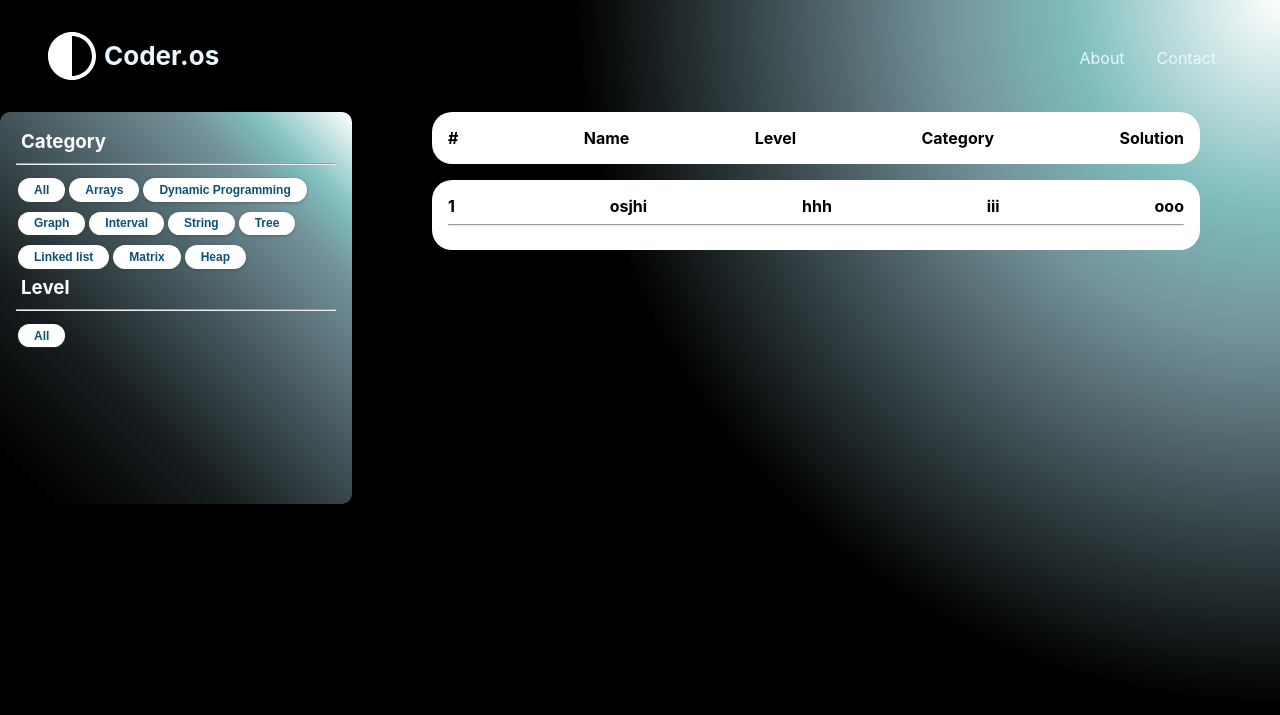
Repository: xoshiraghavx/Coder.os
Page: / (app in my-app/)
The author's editor kept a copy of each file at every save. The page is drawn from the files as they stood at one save, then again after a run of saves.
The browser window is 1280 px wide. The pictures show the whole page.
The project was rebuilt for these pictures with package versions that can differ from the ones it lists, and the page was loaded fresh each time. Also part of the build but not shown: my-app/src/components/Home/Home.jsx.

Above is the page before, as saved 2022-12-17 03:23:49.

### my-app/public/index.html
<!DOCTYPE html>
<html lang="en">
  <head>
    <meta charset="utf-8" />
    <link rel="icon" href="%PUBLIC_URL%/assests/logo.png" />
    <meta name="viewport" content="width=device-width, initial-scale=1" />
    <meta name="theme-color" content="#000000" />
    <meta
      name="description"
      content="Web site created using create-react-app"
    />
    <link rel="apple-touch-icon" href="%PUBLIC_URL%/logo192.png" />
    <!--
      manifest.json provides metadata used when your web app is installed on a
      user's mobile device or desktop. See https://developers.google.com/web/fundamentals/web-app-manifest/
    -->
    <link rel="manifest" href="%PUBLIC_URL%/manifest.json" />
    <!--
      Notice the use of %PUBLIC_URL% in the tags above.
      It will be replaced with the URL of the `public` folder during the build.
      Only files inside the `public` folder can be referenced from the HTML.

      Unlike "/favicon.ico" or "favicon.ico", "%PUBLIC_URL%/favicon.ico" will
      work correctly both with client-side routing and a non-root public URL.
      Learn how to configure a non-root public URL by running `npm run build`.
    -->
    <title>Coder.os</title>
  </head>
  <body>
    <noscript>You need to enable JavaScript to run this app.</noscript>
    <div id="root"></div>
    <!--
      This HTML file is a template.
      If you open it directly in the browser, you will see an empty page.

      You can add webfonts, meta tags, or analytics to this file.
      The build step will place the bundled scripts into the <body> tag.

      To begin the development, run `npm start` or `yarn start`.
      To create a production bundle, use `npm run build` or `yarn build`.
    -->
  </body>
</html>

### my-app/src/index.css
body {
  height: 100%;
  padding: 0;
  margin: 0;
  font-family: -apple-system, BlinkMacSystemFont, 'Segoe UI', 'Roboto', 'Oxygen',
    'Ubuntu', 'Cantarell', 'Fira Sans', 'Droid Sans', 'Helvetica Neue',
    sans-serif;
  -webkit-font-smoothing: antialiased;
  -moz-osx-font-smoothing: grayscale;
background: rgb(255,255,255);
background: radial-gradient(circle at top right, rgba(255,255,255,1) 0%, rgba(127,190,189,1) 14%, rgba(115,146,154,1) 23%, rgba(0,0,0,1) 48%);
background-repeat: no-repeat;
height: 100%;
background-attachment: fixed;
/* color: #fff; */
}

code {
  font-family: source-code-pro, Menlo, Monaco, Consolas, 'Courier New',
    monospace;
}

/*
===============
Variables
===============
*/

:root {
  /* dark shades of primary color*/
  --clr-primary-1: hsl(205, 86%, 17%);
  --clr-primary-2: hsl(205, 77%, 27%);
  --clr-primary-3: hsl(205, 72%, 37%);
  --clr-primary-4: hsl(205, 63%, 48%);
  /* primary/main color */
  --clr-primary-5: hsl(205, 78%, 60%);
  /* lighter shades of primary color */
  --clr-primary-6: hsl(205, 89%, 70%);
  --clr-primary-7: hsl(205, 90%, 76%);
  --clr-primary-8: hsl(205, 86%, 81%);
  --clr-primary-9: hsl(205, 90%, 88%);
  --clr-primary-10: hsl(205, 100%, 96%);
  /* darkest grey - used for headings */
  --clr-grey-1: hsl(209, 61%, 16%);
  --clr-grey-2: hsl(211, 39%, 23%);
  --clr-grey-3: hsl(209, 34%, 30%);
  --clr-grey-4: hsl(209, 28%, 39%);
  /* grey used for paragraphs */
  --clr-grey-5: hsl(210, 22%, 49%);
  --clr-grey-6: hsl(209, 23%, 60%);
  --clr-grey-7: hsl(211, 27%, 70%);
  --clr-grey-8: hsl(210, 31%, 80%);
  --clr-grey-9: hsl(212, 33%, 89%);
  --clr-grey-10: hsl(210, 36%, 96%);
  --clr-white: #fff;
  --clr-red-dark: hsl(360, 67%, 44%);
  --clr-red-light: hsl(360, 71%, 66%);
  --clr-green-dark: hsl(125, 67%, 44%);
  --clr-green-light: hsl(125, 71%, 66%);
  --clr-black: #222;
  --ff-primary: "Roboto", sans-serif;
  --ff-secondary: "Open Sans", sans-serif;
  --transition: all 0.3s linear;
  --spacing: 0.1rem;
  --radius: 0.25rem;
  --light-shadow: 0 5px 15px rgba(0, 0, 0, 0.1);
  --dark-shadow: 0 5px 15px rgba(0, 0, 0, 0.2);
  --max-width: 1170px;
  --fixed-width: 620px;
}
h1{
  color: var(--clr-primary-10);
}

### my-app/src/App.jsx
import React from "react";
import NavBar from "./components/NavBar/Navbar";
import Home from "./components/Home/Home";
import MainPage from "./components/MainPage/MainPage";


function App() {
  return (
    <div className="App">
      <NavBar />
      {/* <Home /> */}
      <MainPage  />
    </div>
      // <BrowserRouter>
  //     <Routes>
  //       <Route path="/" element={<Home />}>
  //         <Route path="mainpage" element={<MainPage />} />
  //       </Route>
  //     </Routes>
  //   </BrowserRouter>
  );
}

export default App;

### my-app/src/components/NavBar/Navbar.jsx
import "./NavBar.css";

function NavBar() {
  return (
    <div className="navbar">
      <div className="navbar-wrapper">
        <div className="navbar-logo">
          <img src="assests/code-simple.svg" alt="" />
          <div className="nav-bar-logo__name">Coder.os</div>
        </div>
        <div className="navbar-list">
          <ul>
            <li>
              <a>About</a>
            </li>
            <li>
              <a>Contact</a>
            </li>
          </ul>
        </div>
      </div>
    </div>
  );
}

export default NavBar;

### my-app/src/components/MainPage/MainPage.jsx
import "./MainPage.css";
import FilterSection from "./FilterSection";
import QuestionBank from "./QuestionBank";

function MainPage() {
  return (
    <div>
      <div className="main-section">
        <FilterSection />
        <QuestionBank />
      </div>
    </div>
  );
}

export default MainPage;

### my-app/src/components/NavBar/NavBar.css
.navbar-wrapper{
    height: auto;
    display: flex;
    flex-direction: row;
    padding: 2rem 3rem;
}
.navbar-logo img{
    height: 3rem;
}
.navbar-logo{
    display: flex;
    flex-direction: row;
    color: var(--clr-primary-10);
}
.nav-bar-logo__name{
    margin: 0.5rem;
    font-weight: bold;
    font-size: 26px;
}
.navbar-list ul{
    list-style-type: none;
    display: flex;
    flex-direction: row;
    margin: 0;
    padding: 0rem 3rem;
}
.navbar-list li a{
    padding: 0.5rem ;
    margin: 0.5rem;
    color: var(--clr-primary-10);
}
.navbar-list{
    position: absolute;
    right: 0;
    margin-top: 1rem;
}
.navbar-list li :hover{
    color: var(--clr-primary-1);
    cursor: pointer;
    font-size: large;
}
@media only screen and (max-width: 600px){
    .navbar-list ul{
        padding: 0rem;
    }
    .navbar-logo img{
        height: 2.5rem;
    }
   .nav-bar-logo__name{
        font-size: 20px;
    }
}

### my-app/src/components/Home/Home.css
.heading{
    font-family: 'Nanum Gothic Coding', monospace;
    font-size: 30px;
    margin-left: 3rem;
}

.heading_{
    text-align: left;
}
.heading__{
    display: inline-block;
}
p{
    margin: 0;
    padding: 0;
}
.saturn{
position: absolute;
top:  0;
margin: 10rem 30rem;

}
.heading-sub{
    color: var(--clr-primary-10);
    font-size: 18px;
}
.button{
    background-color: #fffe7a;
    padding: 1rem 2rem;
    border-radius: 10px;
    font-weight: bold;
    margin-top: 20px;
    box-shadow:inset 2px 2px 2px 0px rgba(255,255,255,.5),
   7px 7px 20px 0px rgba(0,0,0,.1),
   4px 4px 5px 0px rgba(0,0,0,.1);
  outline: none;
}
.science{
    position: absolute;
    top: 30rem;
    margin: 0 28rem;
}
.button:hover{
    cursor: pointer;
    background-color: black;
    border-color: #fffe7a;
    color: #fffe7a;

}
@media only screen and (max-width: 600px){
    .saturn{
        margin: 8rem 20rem;
    }
    .science{
        top: 22rem;
        margin:0rem 15rem;
    }
    .heading{
        font-size: 20px;
        margin-left: 3rem;
    }
    .heading-sub{
        font-size: 14px;
    }
}

### my-app/src/components/MainPage/MainPage.css

.main-section {
  display: flex;
  flex-direction: row;
}

.ques-section{
    position: absolute;
    right: 0;
    margin-right: 5rem;
    width: 60%;
}
.ques-bar{

  display: flex;
  flex-direction: row;
  font-weight: bold;
  justify-content: space-between;
  background: #ffffff;
  padding: 1rem;
  border-radius: 20px;
}
.ques-bank{
    margin-top: 1rem;
    background: #ffffff;
    padding: 1rem;
    font-weight: bold;
    border-radius: 20px;
}
.ques{
    display: flex;
    flex-direction: row;
    justify-content: space-between;
}

### my-app/src/components/MainPage/FilterSection.jsx
import React from "react";
import "./FilterSection.css";

function FilterSection() {
  const Button = [
    {
      Name: "All",
    },
    {
      Name: "Arrays",
    },
    {
      Name: "Dynamic Programming",
    },
    {
      Name: "Graph",
    },
    {
      Name: "Interval",
    },
    {
      Name: "String",
    },
    {
      Name: "Tree",
    },
    {
      Name: "Linked list",
    },
    {
      Name: "Matrix",
    },
    {
      Name: "Heap",
    },
  ];
  const Level = [
    {
      Name: 'All',
    },
    {
      Name: 'Easy',
    },
    {
      Name: 'Medium',
    },
    {
      Name: 'Hard',
    }
  ]
  return (
    <div>
      <div className="filter-section">
        <div className="category">
          <div className="category-heading">
            <h3 className="title">Category</h3>
            <hr />
          </div>
          <div className="category-buttons">
          {Button.map((button) => (
            <button className="buttons">{button.Name}</button>
          ))}
          </div>
        </div>

        <div className="level">
          <div className="level-heading">
            <h3 className="title">Level</h3>
            <hr />
          </div>
        </div>
        <div className="level-buttons">
          {
            Level.map((level)=>{

            })
          }
          <button className="buttons">All</button>

        </div>
      </div>
    </div>
  );
}

export default FilterSection;

### my-app/src/components/MainPage/QuestionBank.jsx
import React from 'react'

function QuestionBank() {
  return (
    <div>
        <div className="ques-section">
          <div className="ques-bar">
            <p>#</p>
            <p>Name</p>
            <p>Level</p>
            <p>Category</p>
            <p>Solution</p>
          </div>
          <div className="ques-bank">
          <div className="ques">
            <p>1</p>
            <p>osjhi</p>
            <p>hhh</p>
            <p>iii</p>
            <p>ooo</p>
          </div>
          <hr />
        </div>
    </div>
    </div>
  )
}

export default QuestionBank;

### my-app/src/components/MainPage/FilterSection.css
.filter-section {
  background: rgb(255, 255, 255);
  background: linear-gradient(
    225deg,
    rgba(255, 255, 255, 1) 0%,
    rgba(173, 213, 213, 1) 9%,
    rgba(136, 195, 194, 1) 13%,
    rgba(127, 190, 189, 1) 14%,
    rgba(115, 146, 154, 1) 23%,
    rgba(23, 29, 31, 1) 69%,
    rgba(0, 0, 0, 1) 93%
  );
  width: 20rem;
  height: 50vh;
  border-radius: 10px;
  border-color: white;
  padding: 1rem;
}
.buttons {
  background-color: white;
  padding: 0.3rem 1rem;
  border-radius: 100px;
  font-size: 12px;
  color: var(--clr-primary-2);
  font-weight: bold;
  margin: 5px 2px;
  box-shadow: rgba(60, 64, 67, 0.3) 0px 1px 2px 0px,
    rgba(60, 64, 67, 0.15) 0px 1px 3px 1px;
  border: none;
}
h3 {
  color: #ffffff;
}
.title {
  margin: auto;
  padding: 2px 5px;
}
.buttons:hover {
  cursor: pointer;
}

Loaded but not shown: my-app/src/index.js (common file)

After the next 4 saves:
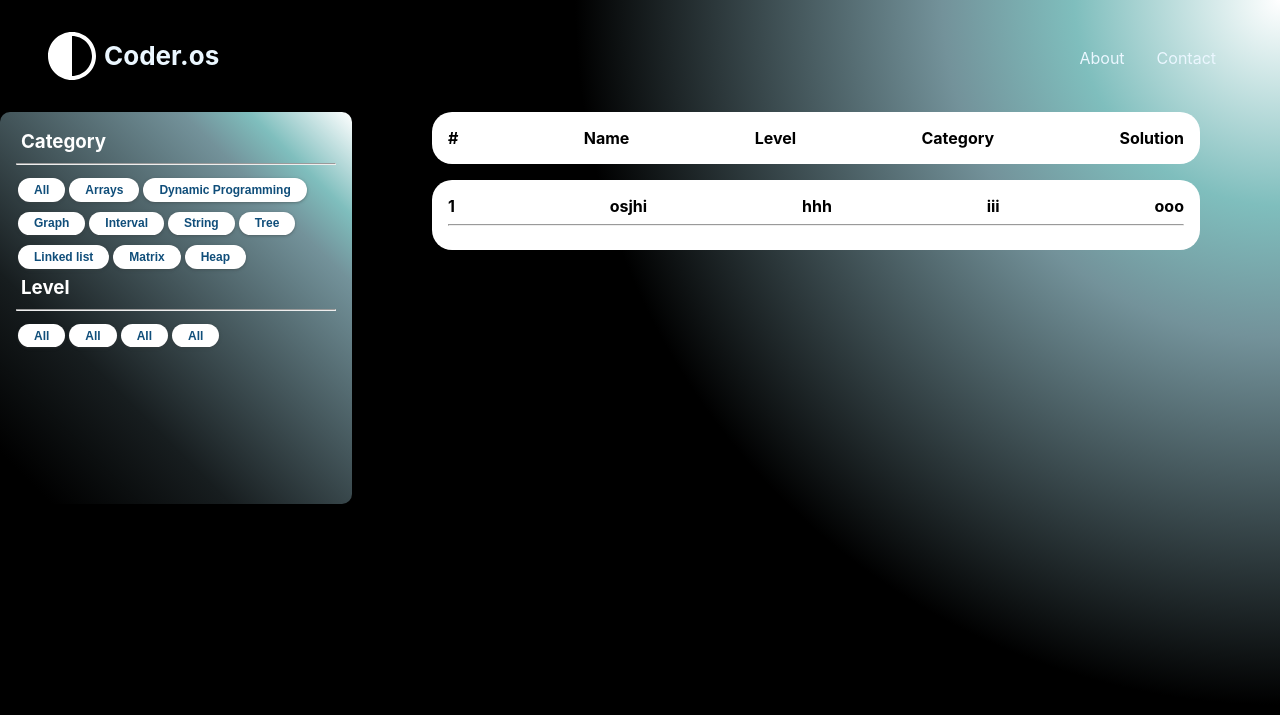
The 4 saves are shown as one change because 1 did not build or start and some came seconds apart.
The last was saved 18 s later.
--- a/my-app/src/components/MainPage/FilterSection.jsx
+++ b/my-app/src/components/MainPage/FilterSection.jsx
@@ -71,11 +71,10 @@
         </div>
         <div className="level-buttons">
           {
-            Level.map((level)=>{
-
-            })
+            Level.map((level)=>(
+              <button className="buttons">All</button>
+            ))
           }
-          <button className="buttons">All</button>
 
         </div>
       </div>
